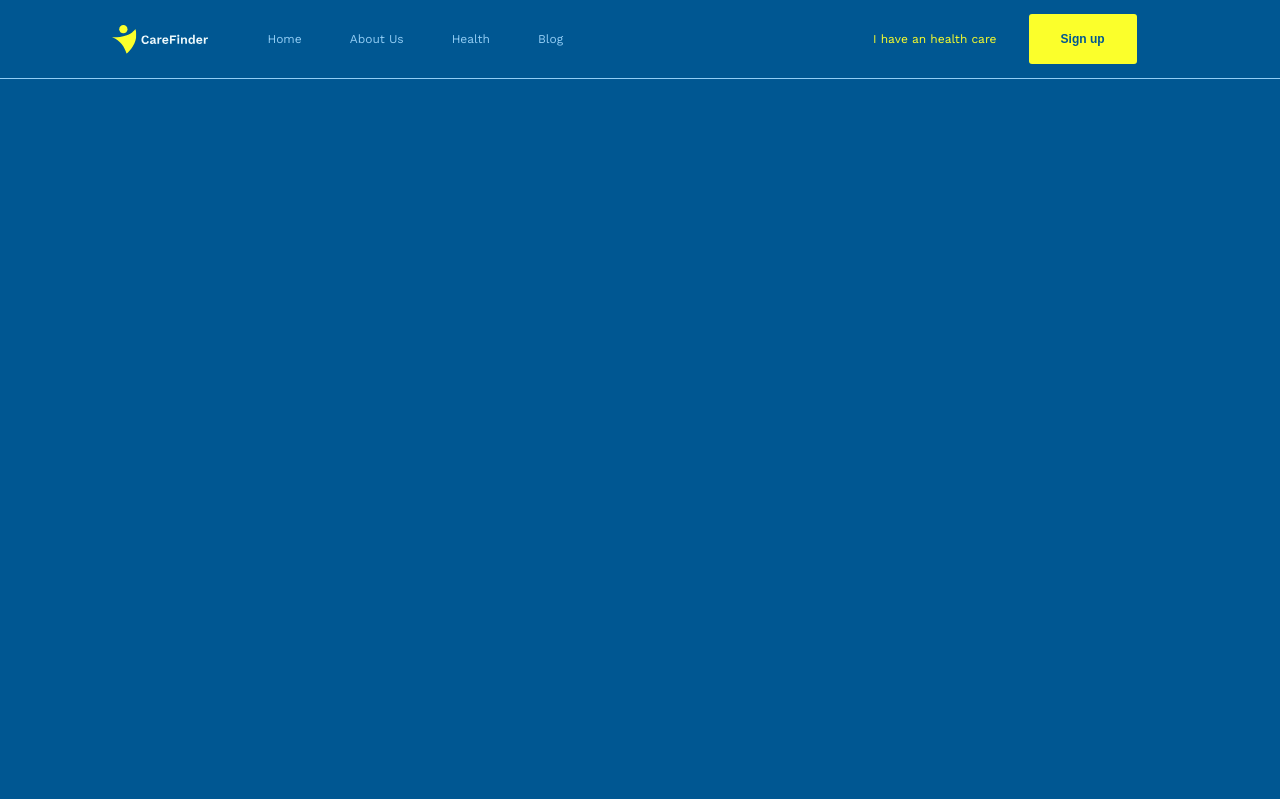
Repository: PreciousOritsedere/Carefinder-App
Page: /
An editor plug-in stored every save of this project. The page is shown before and after the next save, followed by the edit.
The browser window is 1280 px wide. The pictures show the whole page.
The project was rebuilt for these pictures with package versions that can differ from the ones it lists, and the page was loaded fresh each time. The framework's server and built-in components were replaced by stand-ins that run in the browser. Also part of the build but not shown: next.config.js, src/Components/Nav_Menu/NavMenu.js.

Above is the page before, as saved 2023-06-12 19:56:01.

### src/app/layout.js
// use client


import "./globals.css";
import { Work_Sans } from "next/font/google";
import Navbar from "@/Components/Nav/Navbar";

const work_sans = Work_Sans({ subsets: ["latin"] });

export const metadata = {
  title: "Carefinder",
  description: "Generated by create next app",
};

export default function RootLayout({ children }) {
  return (
    <html lang="en">
      <body className={work_sans.className}>
        <Navbar />
        {children}
      </body>
    </html>
  );
}

### src/app/page.js
import Image from 'next/image'
import styles from './page.module.css'

export default function Home() {
  return (
    <main className={styles.main}>
      <div className={styles.description}>

      </div>
    </main>
  )
}

### src/app/globals.css
@import url('https://fonts.googleapis.com/css2?family=Work+Sans&display=swap');

*, *::before, *::after {
  box-sizing: border-box;
  margin: 0;
  padding: 0;
}

body {
  font-family: 'Work Sans', sans-serif;
  background-color: #005792;
}

### src/Components/Nav/Navbar.js
"use client";
import React from "react";
import { useState } from "react";
import styles from "./Nav.module.css";
import Image from "next/image";
import Logo from "@/assets/nav/logo.svg";
import Hamburger from "@/assets/nav/hamburger.svg";
import Cancel from "@/assets/nav/cancel.svg";
import NavMenu from "@/Components/Nav_Menu/NavMenu";

function Navbar() {
  const [showMenu, setShowMenu] = useState(false);

  const handleMenuToggle = () => {
    setShowMenu(!showMenu);
  };

  return (
    <nav className={styles.nav}>
      <Image src={Logo} alt="Logo" />

      <div className={styles.desktop_menu}>
        <ul>
          <li>Home</li>
          <li>About Us</li>
          {/* <li>Drugs</li> */}
          <li>Health</li>
          <li>Blog</li>
        </ul>
        <div className={styles.nav_signup}>
          <p>I have an health care </p>
          <button>Sign up</button>
        </div>
      </div>
      <div>
        <>
          {showMenu ? (
            <Image src={Cancel} alt="Menu" onClick={handleMenuToggle} />
          ) : (
            <Image
              src={Hamburger}
              alt="Menu"
              className={styles.hamburger}
              onClick={handleMenuToggle}
            />
          )}
        </>
      </div>

      {showMenu ? <NavMenu /> : null}
    </nav>
  );
}

export default Navbar;

### src/Components/Nav/Nav.module.css
.nav {
  margin: 0 auto;
  display: flex;
  align-items: center;
  /* gap: 136px; */
  justify-content: space-between;
  padding: 8px 16px;
  border-bottom: 1px solid #93CEF5;
}

.hamburger {
  position: relative;
  top: 5px;
  right: 5px;
}

.nav_menu {
  position: absolute;
  left: 70%;
  right: 0;
  top: 50px;
  background-color: #93cef5;
  margin: 10px;
  padding: 12px;
  font-size: 14px;
  font-weight: 400;
  border-radius: 6px;
}

.desktop_menu {
  display: none;
  font-size: 12px;
  font-weight: 400;
  color: #93cef5;
}

.desktop_menu ul {
  display: flex;
  align-items: center;
  list-style: none;
}

.desktop_menu ul li {
  padding: 32px 24px;
}

.nav_signup {
  display: flex;
  align-items: center;
  justify-content: space-between;
  gap: 32px;
  color: #fbff2b;
  /* width: 100%; */
}

.nav_signup button {
  padding: 18px 32px;
  background-color: #fbff2b;
  color: #005792;
  border-radius: 3px;
  border: none;
  font-size: 12px;
  font-weight: 600;
}

@media screen and (min-width: 768px) {
  .nav {

    /* gap: 130px; */
    padding: 0 110px;
  }

  .desktop_menu {
    display: flex;
    align-items: center;
    /* justify-content: flex-end; */
    /* justify-content: space-between; */
    gap: 286px;
  }

  .hamburger {
    display: none;
  }
}

Loaded but not shown: src/app/page.module.css (common file)

After the next save:
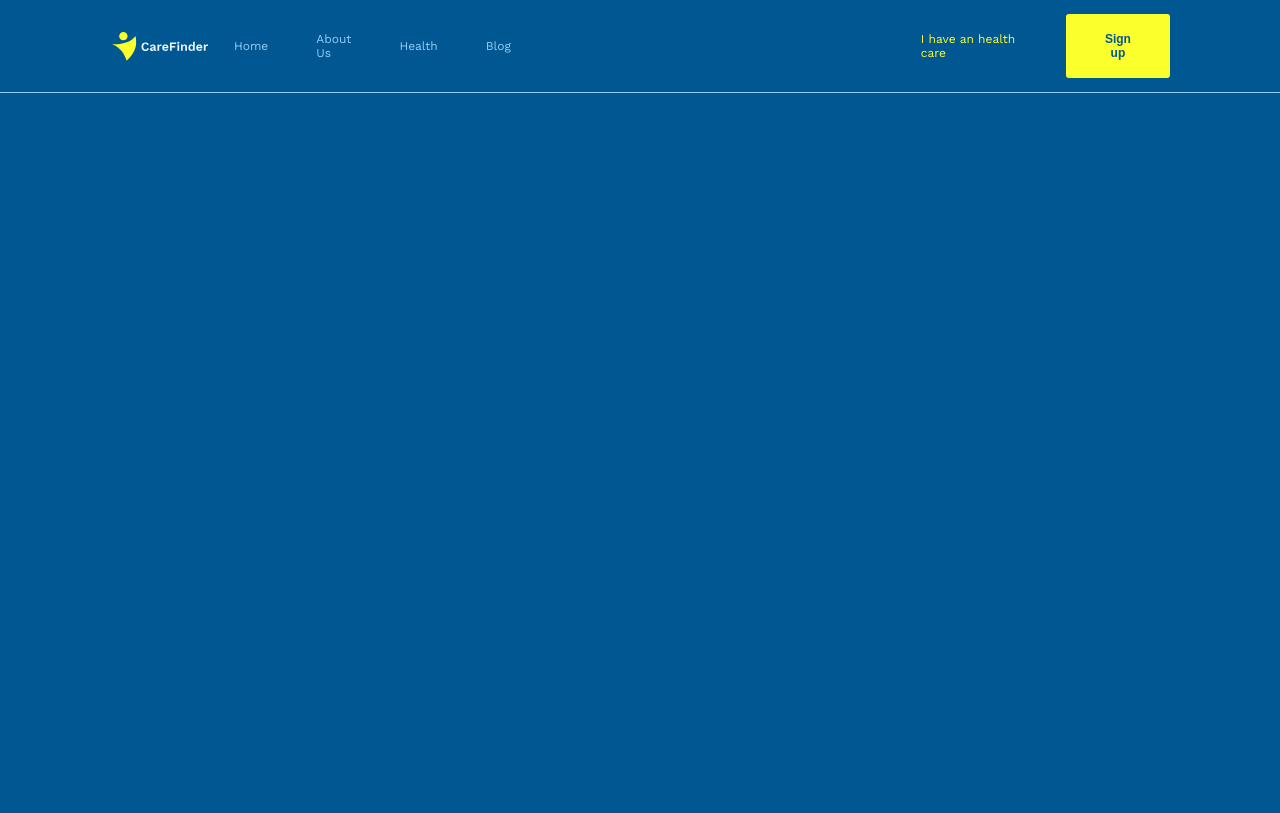
Saved 7 s later.
--- a/src/Components/Nav/Nav.module.css
+++ b/src/Components/Nav/Nav.module.css
@@ -75,7 +75,7 @@
     align-items: center;
     /* justify-content: flex-end; */
     /* justify-content: space-between; */
-    gap: 286px;
+    gap: 386px;
   }
 
   .hamburger {
